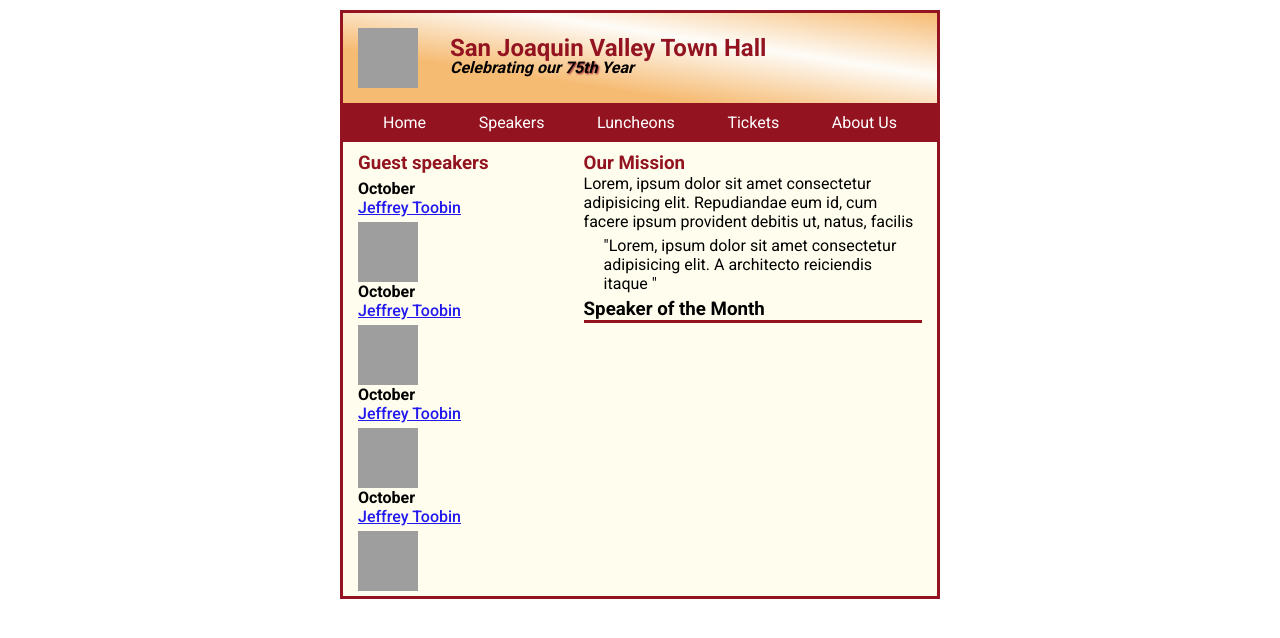
Repository: Mannj-nef/ex-5-6-7-8_IvVettech
Page: index.html
The author's editor kept a copy of each file at every save. The page is drawn from the files as they stood at one save, then again after the next save.
The browser window is 1280 px wide. The pictures show the whole page.
Pictures or frames that could not be fetched are drawn as grey boxes.

Above is the page before, as saved 2022-03-24 22:05:23.

After the next save:
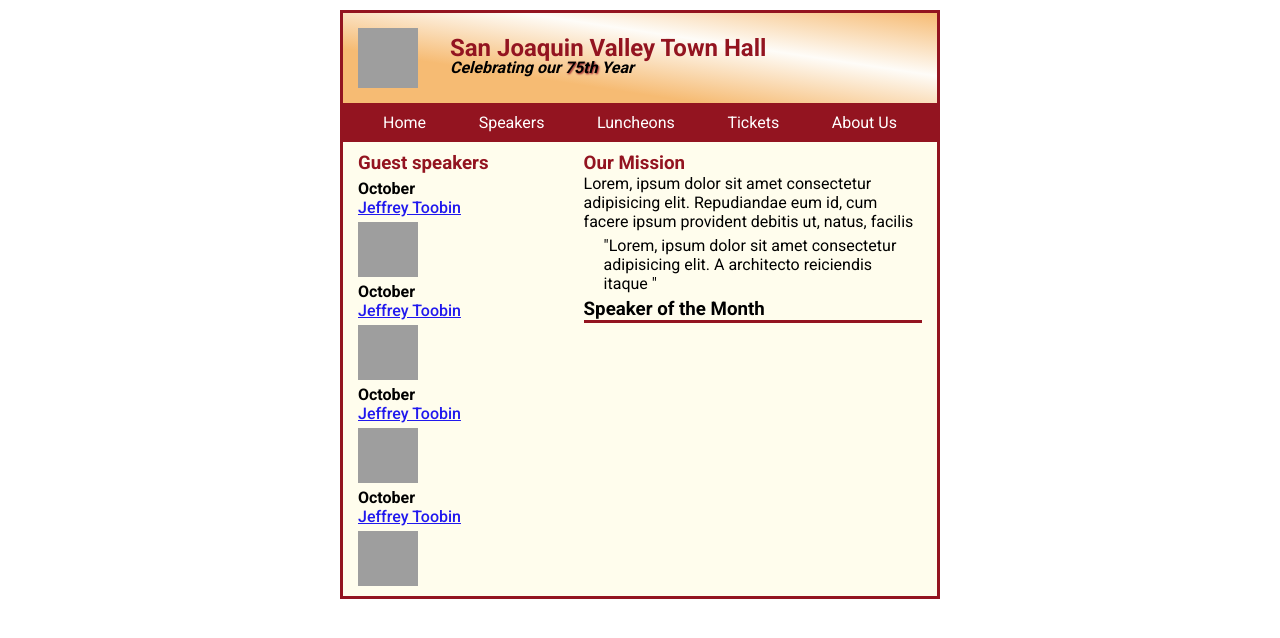
Saved 84 s later.
--- a/Asset/style.css
+++ b/Asset/style.css
@@ -103,9 +103,10 @@ html {
 .content-left__member-avata-wrapper {
   width: var(--size);
   height: var(--size);
+  display: flex;
+  padding-top: 5px;
 }
 .content-left__member-avata {
-  margin-top: 5px;
   width: 100%;
   height: 100%;
 }
